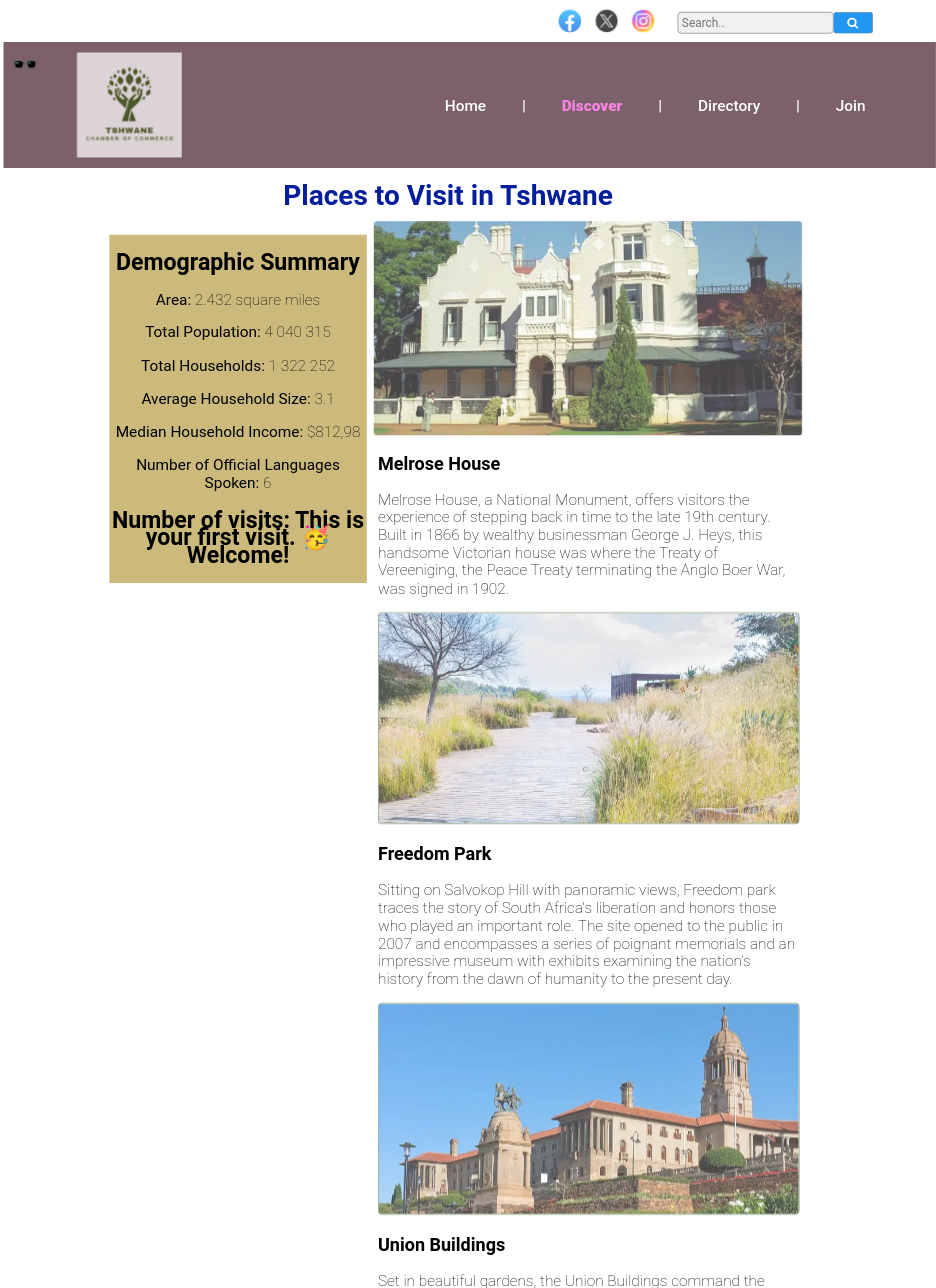
Repository: mszakutumela/wdd230
Page: chamber/discover.html
The author's editor kept a copy of each file at every save. The page is drawn from the files as they stood at one save, then again after a run of saves.
The browser window is 1280 px wide. The page is 1337 px wide, so the pictures cover 1337 px, including what lies to the right of the window. The pictures show the part of the page from y = 0 to 1840 px (the page is 4173 px tall), at 70% of full size.
The pointer rests on the first visible `section.discoverIMG img`.
Some web fonts or font styles are not loaded; a fallback is used.

Above is the page before, as saved 2024-02-23 01:22:41.

After the next 3 saves:
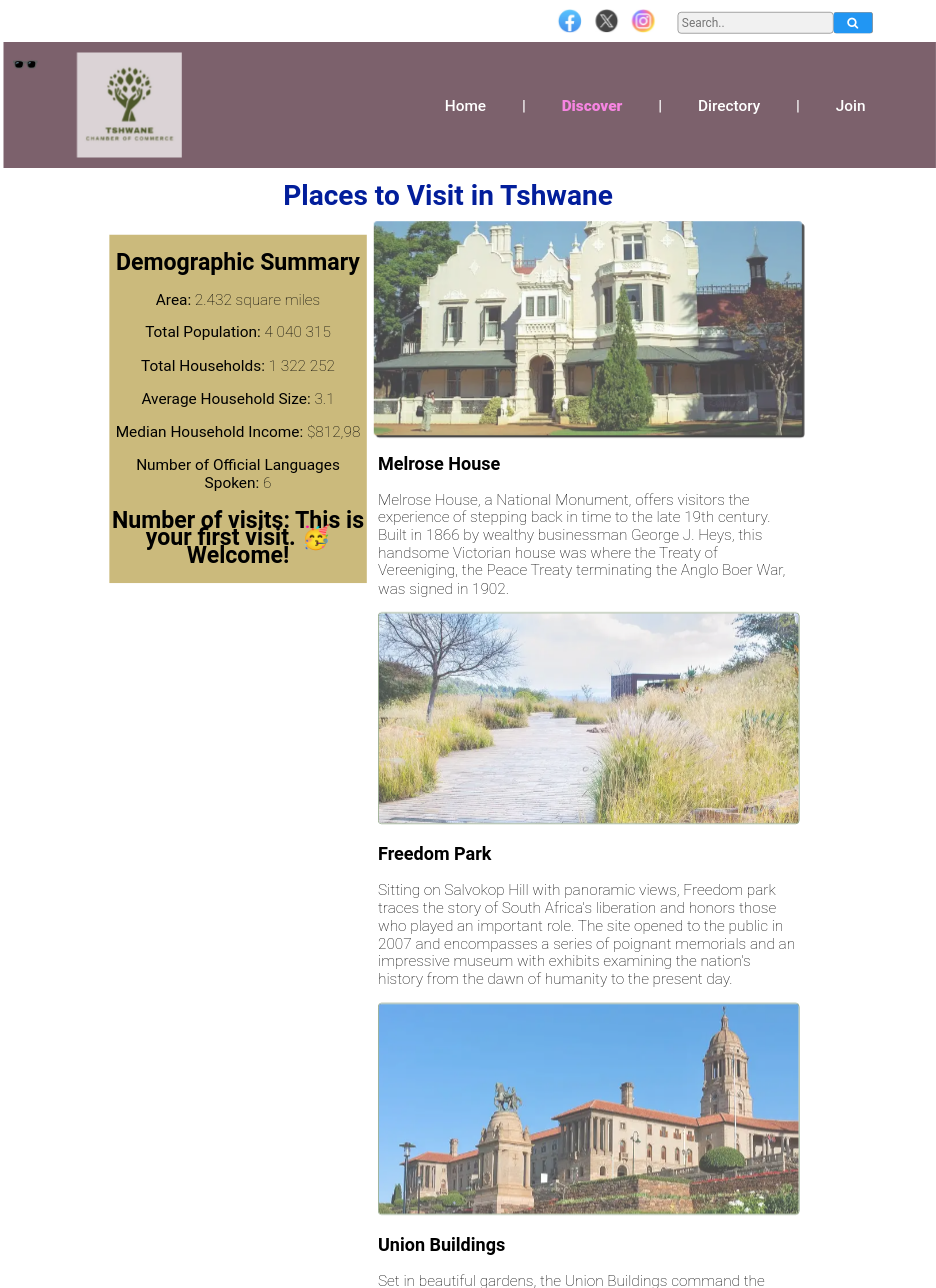
The 3 saves are shown as one change because they came seconds apart.
The last was saved 10 s later.
--- a/chamber/styles/larger.css
+++ b/chamber/styles/larger.css
@@ -154,7 +154,7 @@
     section.discoverIMG img:hover {
         border: none;
         transform: scale(1.02);
-        box-shadow: ;
+        box-shadow: 3px 3px;
     }
 
     footer .footer-info {
